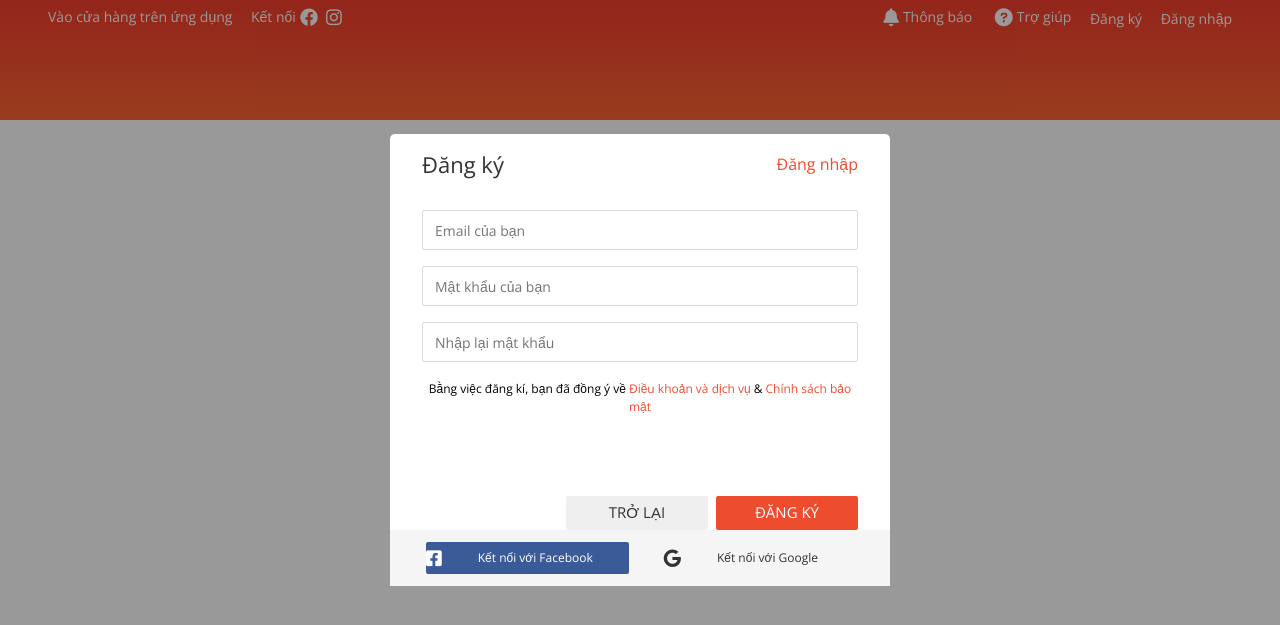
Repository: trongtamdev/Clone-Shopee-Page
Page: index.html
An editor plug-in stored every save of this project. The page is shown before and after the next save, followed by the edit.
The browser window is 1280 px wide. The pictures show the whole page.

Above is the page before, as saved 2022-07-08 22:15:05.

After the next save:
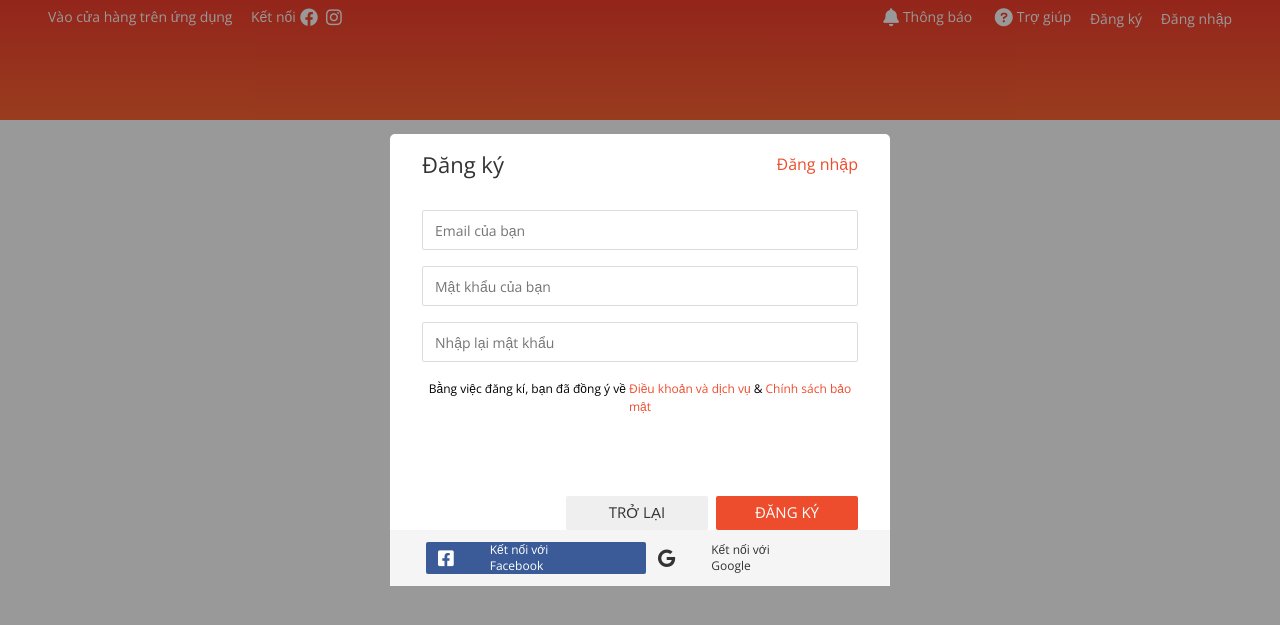
Saved 35 s later.
--- a/assets/css/base.css
+++ b/assets/css/base.css
@@ -76,7 +76,7 @@ html {
     border: none;
     border-radius: 2px;
     font-size: 1.5rem;
-    padding: 0;
+    padding: 0 12px;
     outline: none;
     cursor: pointer;
     color: var(--text-color);
